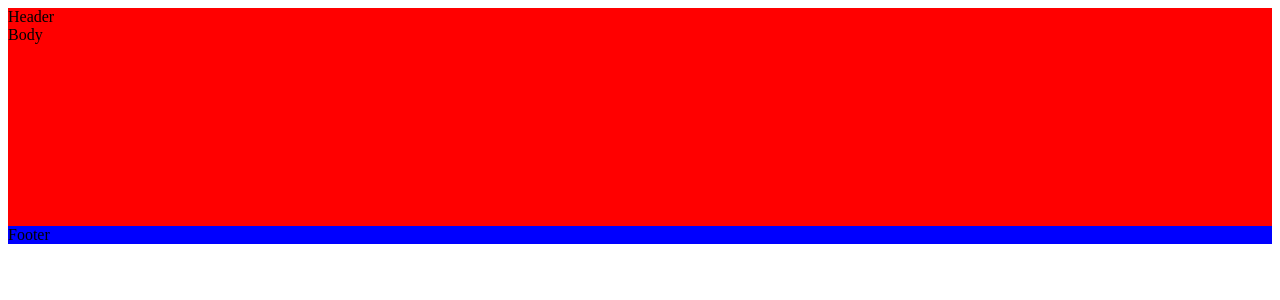
Repository: slowmoter1/samurai_HTML-CSS
Page: ninni.html
The author's editor kept a record of every edit. The page is drawn from the files as they stood at one moment, then again after the next edit.
The browser window is 1280 px wide. The pictures show the whole page.

Above is the page before.

### ninni.html
<html lang="ja">
    <head>
        <style>
            #header{
                background-color: red;

            }

            #footer{
                background-color: blue;
            }

            .size{height: 200px;
            }
        </style>
    </head>
    <body>
        <div id="header">
            Header
        </header>
        <div class="size">
            Body
        </div>
        <div id="footer">
            Footer
        </footer>
    </body>
</html>

After the next edit:
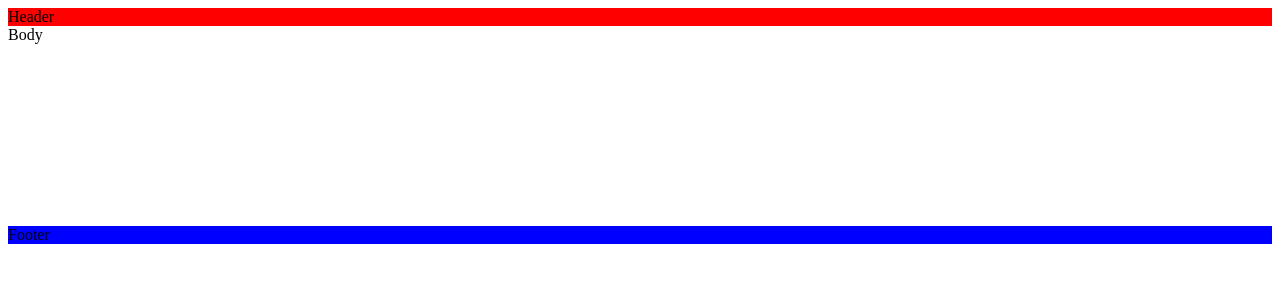
The edit:
--- a/ninni.html
+++ b/ninni.html
@@ -17,7 +17,7 @@
     <body>
         <div id="header">
             Header
-        </header>
+        </div>
         <div class="size">
             Body
         </div>
